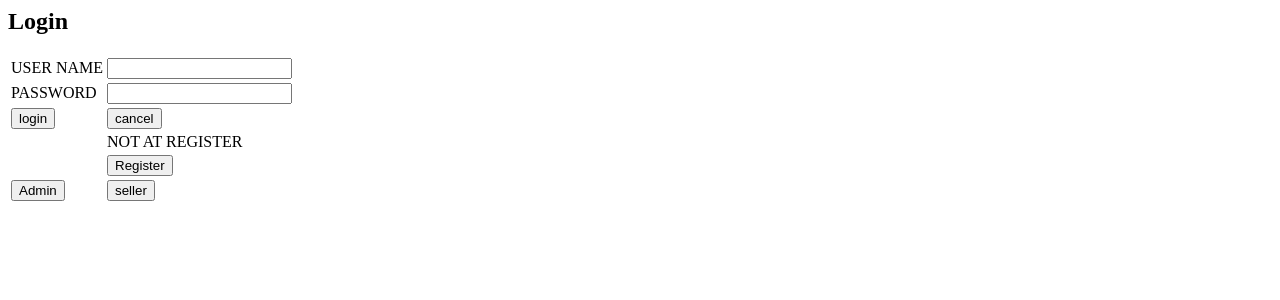
Repository: saik46573/sai
Page: http://localhost/Project/
An editor plug-in stored every save of this project. The page is shown before and after the next save, followed by the edit.
The browser window is 1280 px wide. The pictures show the whole page.
The page is served by Tomcat 9.

Above is the page before, as saved 2023-08-08 09:34:19.

After the next save:
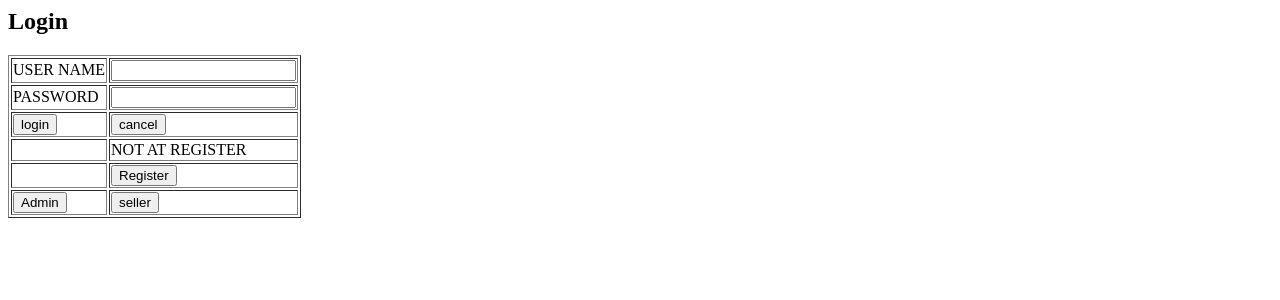
Saved 49 s later.
--- a/eclipse-workspace/Project/src/main/webapp/index.jsp
+++ b/eclipse-workspace/Project/src/main/webapp/index.jsp
@@ -2,7 +2,7 @@
 <body>
 <h2>Login </h2>
 <form action="login" method="post">
-	<table>
+	<table border="1px">
 	<tr>
 	<td>USER NAME</td>
 	<td> <input type= "text" ></td>
